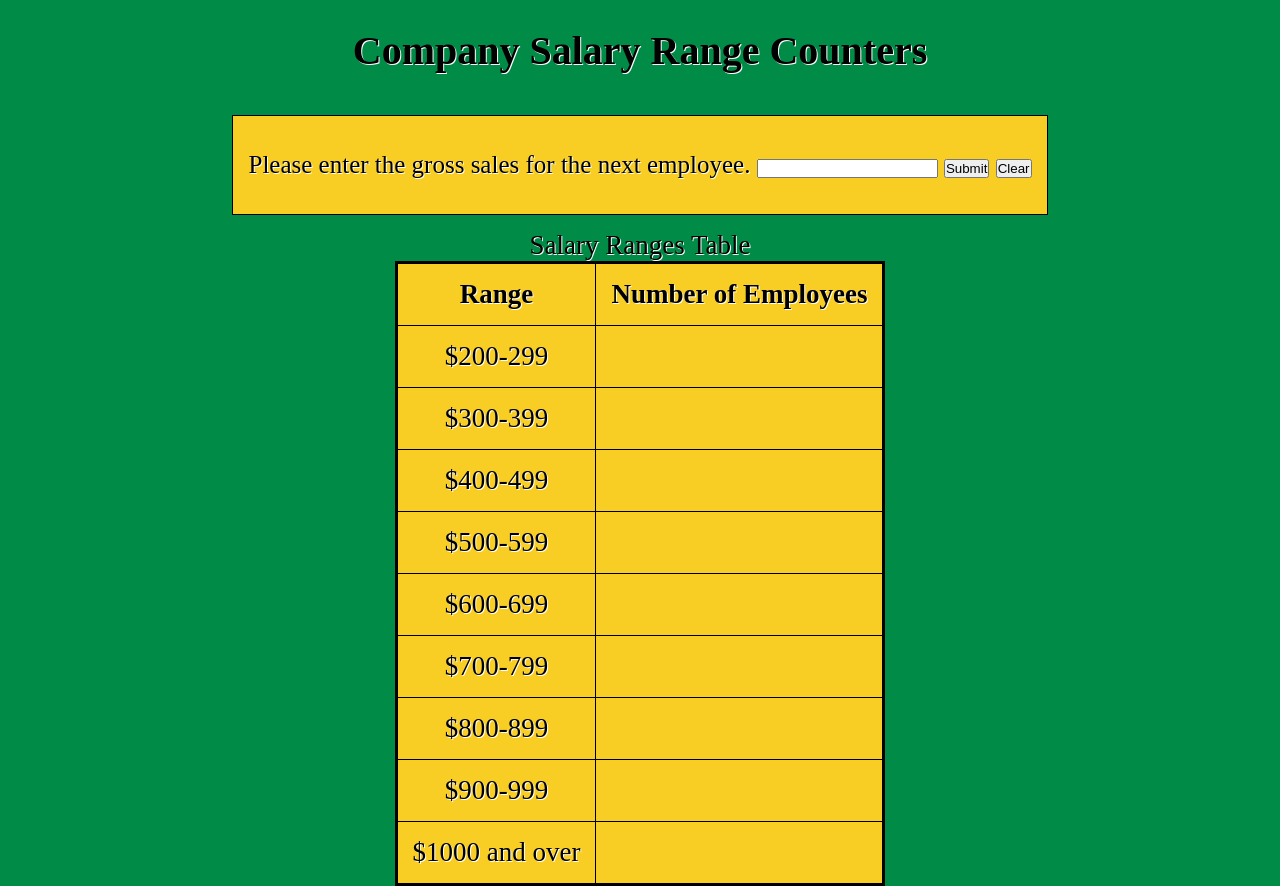
Repository: mlmEFSC21/P17-Sales-Commision
Page: sales.html
An editor plug-in stored every save of this project. The page is shown before and after the next save, followed by the edit.
The browser window is 1280 px wide. The pictures show the whole page.

Above is the page before, as saved 2022-04-02 08:37:54.

### sales.html
<!DOCTYPE html>
<html lang="en">
    <head>
        <meta charset="UTF-8" />
        <meta http-equiv="X-UA-Compatible" content="IE=edge" />
        <meta name="viewport" content="width=device-width, initial-scale=1.0" />
        <link rel="stylesheet" href="sales.css" />
        <script defer src="sales.js"></script>
        <title>Company Salary Range Counters</title>
    </head>
    <body>
        <header class="mainHeader">
            <h1>Company Salary Range Counters</h1>
        </header>
        <section class="mainContent">
            <div class="formContainer" id="formContainer">
                <form class="salaryForm" id="salaryForm">
                    <label for="grossSales"
                        >Please enter the gross sales for the next employee.</label
                    >
                    <input type="text" name="grossSales" class="salesInp" id="salesInp" required />
                    <button type="submit" class="submit-btn" id="submit-btn">Submit</button>
                    <button type="reset" class="clear-btn" id="clear-btn">Clear</button>
                </form>
            </div>
            <div class="tableContainer" id="tableContainer">
                <table>
                    <caption>
                        Salary Ranges Table
                    </caption>
                    <thead>
                        <tr>
                            <th>Range</th>
                            <th>Number of Employees</th>
                        </tr>
                    </thead>
                    <tbody>
                        <tr>
                            <td>$200-299</td>
                            <td class="ranges" id="ranges"></td>
                        </tr>
                        <tr>
                            <td>$300-399</td>
                            <td class="ranges" id="ranges"></td>
                        </tr>
                        <tr>
                            <td>$400-499</td>
                            <td class="ranges" id="ranges"></td>
                        </tr>
                        <tr>
                            <td>$500-599</td>
                            <td class="ranges" id="ranges"></td>
                        </tr>
                        <tr>
                            <td>$600-699</td>
                            <td class="ranges" id="ranges"></td>
                        </tr>
                        <tr>
                            <td>$700-799</td>
                            <td class="ranges" id="ranges"></td>
                        </tr>
                        <tr>
                            <td>$800-899</td>
                            <td class="ranges" id="ranges"></td>
                        </tr>
                        <tr>
                            <td>$900-999</td>
                            <td class="ranges" id="ranges"></td>
                        </tr>
                        <tr>
                            <td>$1000 and over</td>
                            <td class="ranges" id="ranges"></td>
                        </tr>
                    </tbody>
                    <tfoot></tfoot>
                </table>
            </div>
        </section>
    </body>
</html>

### sales.css
:root {
    --clr-background: #008b47;
    --clr-primary: #f8cd24;
    --clr-secondary: #6bb64a;
}
*,
*::after,
*::before {
    box-sizing: border-box;
    margin: 0;
    padding: 0;
}
body {
    background-color: var(--clr-background);
    font-size: 20px;
    text-shadow: 1px 1px #fff;
}
.mainHeader {
    display: flex;
    align-items: center;
    justify-content: center;
    height: 100px;
}

.mainContent {
    display: flex;
    flex-direction: column;
}
.formContainer {
    display: flex;
    height: 100px;
    font-size: 1.25em;
    align-self: center;
    justify-self: center;
    align-items: center;
    justify-content: center;
    border: 1px ridge black;
    margin: 15px;
    padding: 15px;
    background-color: var(--clr-primary);
}
.tableContainer {
    justify-self: center;
    align-self: center;
}
table {
    border-collapse: collapse;
    border: 3px solid black;
    font-size: 1.35em;
    background-color: var(--clr-primary);
}
th,
tr,
td {
    border: 1px solid black;
    margin: 15px;
    padding: 15px;
    text-align: center;
}

### sales.js
//  base salary = $200 + commission
// commission = gross sales * 9%
// range floor / 100 - 2 = index 0 - 8
// test: x1 = Math.floor(218 / 100) - 2;
// works for all ranges below the last. Just check for >1000 first.
const baseSalary = 200;
let commissionAmount = 0;
let totalSalary = 0;
let employeeNum = 0;
let salaryRanges = [0, 0, 0, 0, 0, 0, 0, 0, 0];
let weeklyGrossSales = [];

const form = document.querySelector("#salaryForm");
const salesInput = document.getElementById("salesInp");
const td = document.querySelectorAll("td#ranges");
form.addEventListener("submit", getWeeklySal);
const resetBtn = document.querySelector("#clear-btn");
resetBtn.addEventListener("click", clearAllSalaries);

function getWeeklySal(e) {
    e.preventDefault();
    employeeNum++;
    weeklyGrossSales = parseInt(salesInput.value);
    calcCommission();
    calcTotalWeeklySalary();
    calcSalaryRange(totalSalary);
    fillRangeCol();
    salesInput.value = "";
}
function calcCommission() {
    commissionAmount = weeklyGrossSales * 0.09;
}
function calcTotalWeeklySalary() {
    totalSalary = baseSalary + commissionAmount;
    console.log(totalSalary);
    console.log(salaryRanges);
}
function calcSalaryRange(totalSalary) {
    if (totalSalary >= 1000) {
        salaryRanges[8] += 1;
    } else if (totalSalary < 1000) {
        let i = Math.floor(totalSalary / 100) - 2;
        salaryRanges[i] = salaryRanges[i] + 1;
    }
}
//append the table
function fillRangeCol() {
    for (let i = 0; i < salaryRanges.length; i++) {
        td[i].innerText = salaryRanges[i];
    }
}
//reset button
function clearAllSalaries() {
    salesInput.value = "";
    salaryRanges = [0, 0, 0, 0, 0, 0, 0, 0, 0];
    weeklyGrossSales = [];
    for (let i = 0; i < salaryRanges.length; i++) {
        td[i].innerText = 0;
    }
}

console.log(salaryRanges);
console.log(weeklyGrossSales);

After the next save:
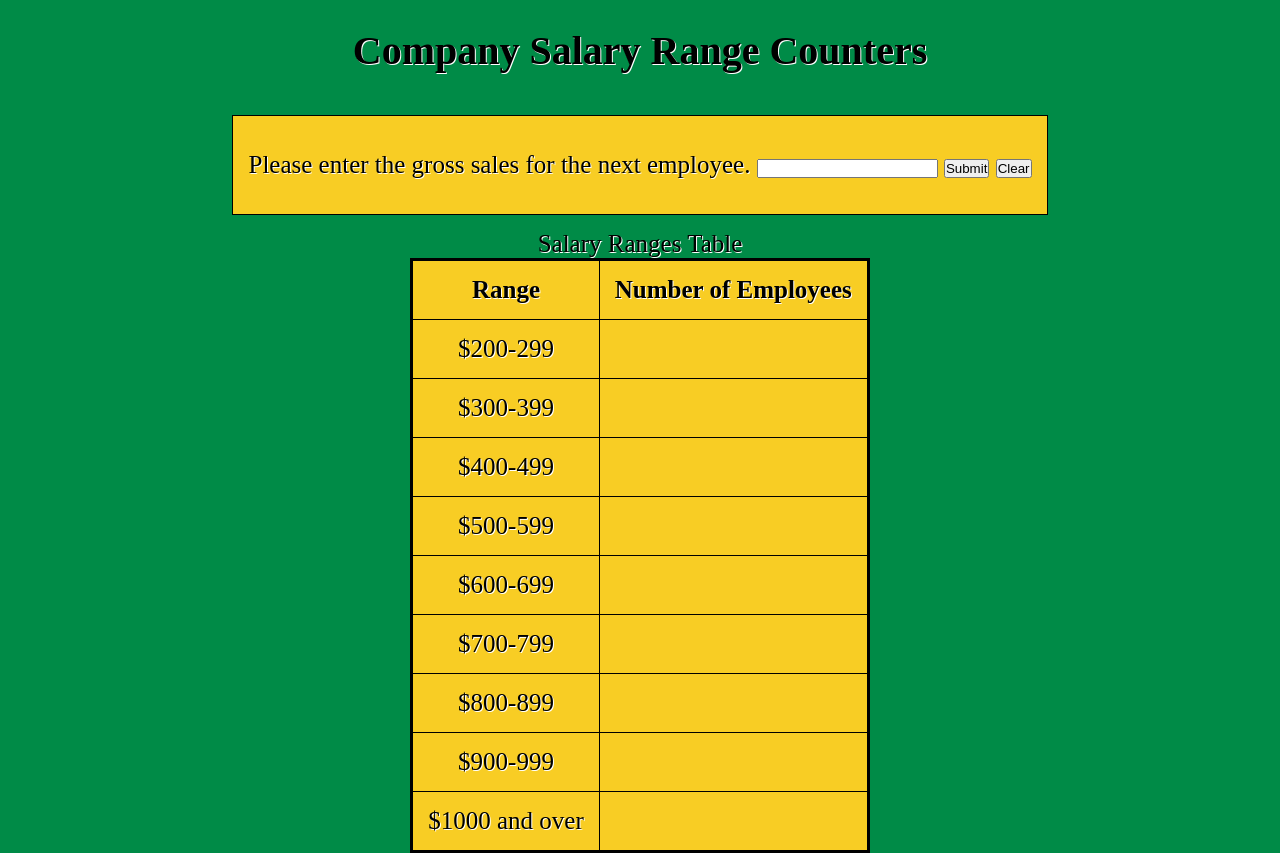
Saved 8 s later.
--- a/sales.css
+++ b/sales.css
@@ -46,7 +46,7 @@ body {
 table {
     border-collapse: collapse;
     border: 3px solid black;
-    font-size: 1.35em;
+    font-size: 1.25em;
     background-color: var(--clr-primary);
 }
 th,
